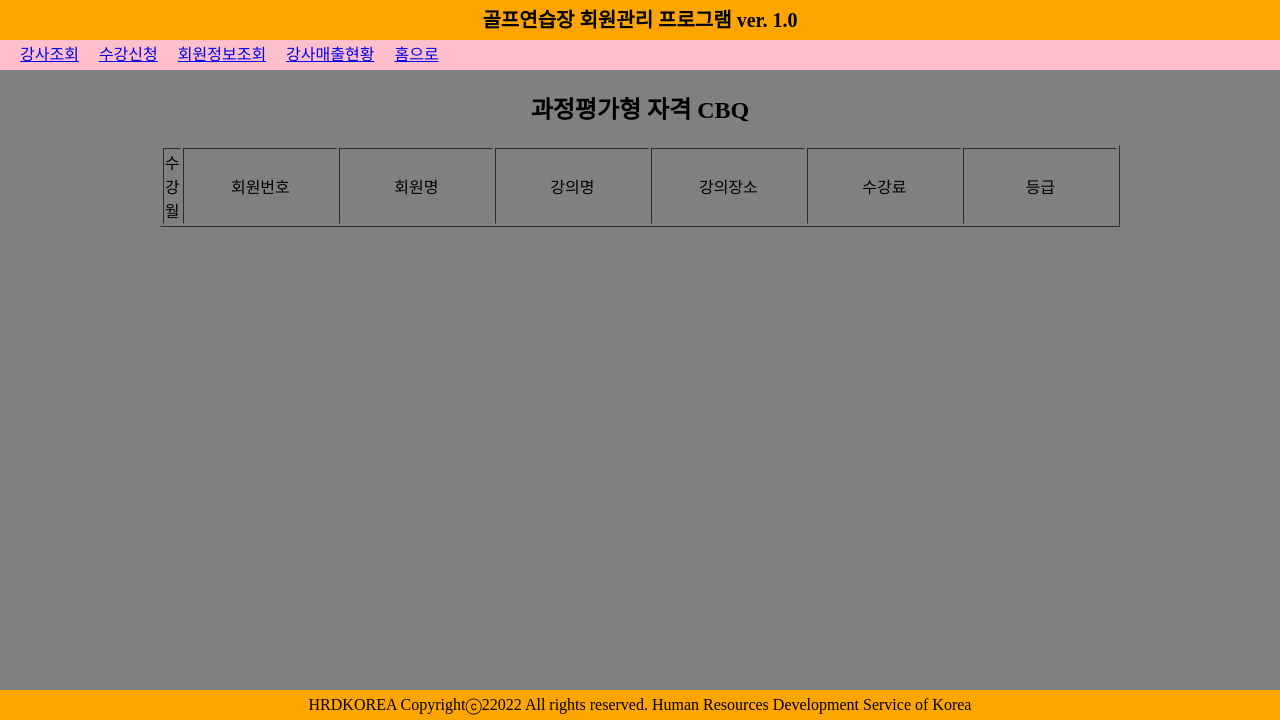
Repository: leesuyeon116/HRD_3
Page: http://localhost/HRD_0505/mlist.jsp
The author's editor kept a copy of each file at every save. The page is drawn from the files as they stood at one save, then again after the next save.
The browser window is 1280 px wide. The pictures show the whole page.
The page is served by Tomcat 9.

Above is the page before, as saved 2024-05-05 13:00:18.

### workspace/HRD_0505/src/main/webapp/mlist.jsp
<%@ include file="db.jsp" %>
<%@ page language="java" contentType="text/html; charset=UTF-8"
    pageEncoding="UTF-8"%>
<!DOCTYPE html>
<html>
<head>
<meta charset="UTF-8">
<title>mlist</title>
</head>
<body>
<jsp:include page="header.jsp"></jsp:include>
<section style="position: fixed; top: 70px; left: 0px; width: 100%; height: 100%; background-color: gray">
<h2 style="text-align: center">과정평가형 자격 CBQ</h2>
	<form style="display: flex; align-items: center; justify-content: center; text-align: center">
		<table border="1">
			<tr>
				<td style="width: 10px">수강월</td>
				<td style="width: 150px">회원번호</td>
				<td style="width: 150px">회원명</td>
				<td style="width: 150px">강의명</td>
				<td style="width: 150px">강의장소</td>
				<td style="width: 150px">수강료</td>
				<td style="width: 150px">등급</td>
			</tr>

			<%
			request.setCharacterEncoding("UTF-8");

			try{
				String sql = "select regist_month, c_no, c_name, class_name, class_area, tuition, grade " +
							 "from tbl_teacher_202201 te, tbl_member_202201 me, tbl_class_202201 cl " +
							 "where te.";

			}

			catch(Exception e){
				e.printStackTrace();
			}
			%>
		</table>
	</form>
</section>
<jsp:include page="footer.jsp"></jsp:include>
</body>
</html>

### workspace/HRD_0505/src/main/webapp/db.jsp
<%@page import="java.sql.*"%>
<%@ page language="java" contentType="text/html; charset=UTF-8"
    pageEncoding="UTF-8"%>

<%
Class.forName("oracle.jdbc.OracleDriver");
Connection con = DriverManager.getConnection
("jdbc:oracle:thin:@//localhost:1521/xe", "system", "1234");
%>

### workspace/HRD_0505/src/main/webapp/header.jsp
<%@ page language="java" contentType="text/html; charset=UTF-8"
    pageEncoding="UTF-8"%>
<!DOCTYPE html>
<html>
<head>
<meta charset="UTF-8">
<title>header</title>
</head>
<body>
<header style="position: fixed; top: 0px; left: 0px; width: 100%; height: 40px; line-height: 40px; background-color: orange;
	text-align: center; font-size: 20px">
<b>골프연습장 회원관리 프로그램 ver. 1.0</b>
</header>

<nav style="position: fixed; top: 40px; left: 0px; width: 100%; height: 30px; line-height: 30px; background-color: pink;
	padding-left: 20px">
	<a href="tlist.jsp">강사조회</a> &nbsp; &nbsp;
	<a href="insert.jsp">수강신청</a> &nbsp; &nbsp;
	<a href="mlist.jsp">회원정보조회</a> &nbsp; &nbsp;
	<a href="salary.jsp">강사매출현황</a> &nbsp; &nbsp;
	<a href="index.jsp">홈으로</a> &nbsp; &nbsp;
</nav>
</body>
</html>

### workspace/HRD_0505/src/main/webapp/footer.jsp
<%@ page language="java" contentType="text/html; charset=UTF-8"
    pageEncoding="UTF-8"%>
<!DOCTYPE html>
<html>
<head>
<meta charset="UTF-8">
<title>footer</title>
</head>
<body>
<footer style="position: fixed; bottom: 0px; left: 0px; width: 100%; height: 30px; line-height: 30px; background-color: orange;
	text-align: center">
	HRDKOREA Copyrightⓒ22022 All rights reserved. Human Resources Development Service of Korea
</footer>
</body>
</html>

After the next save:
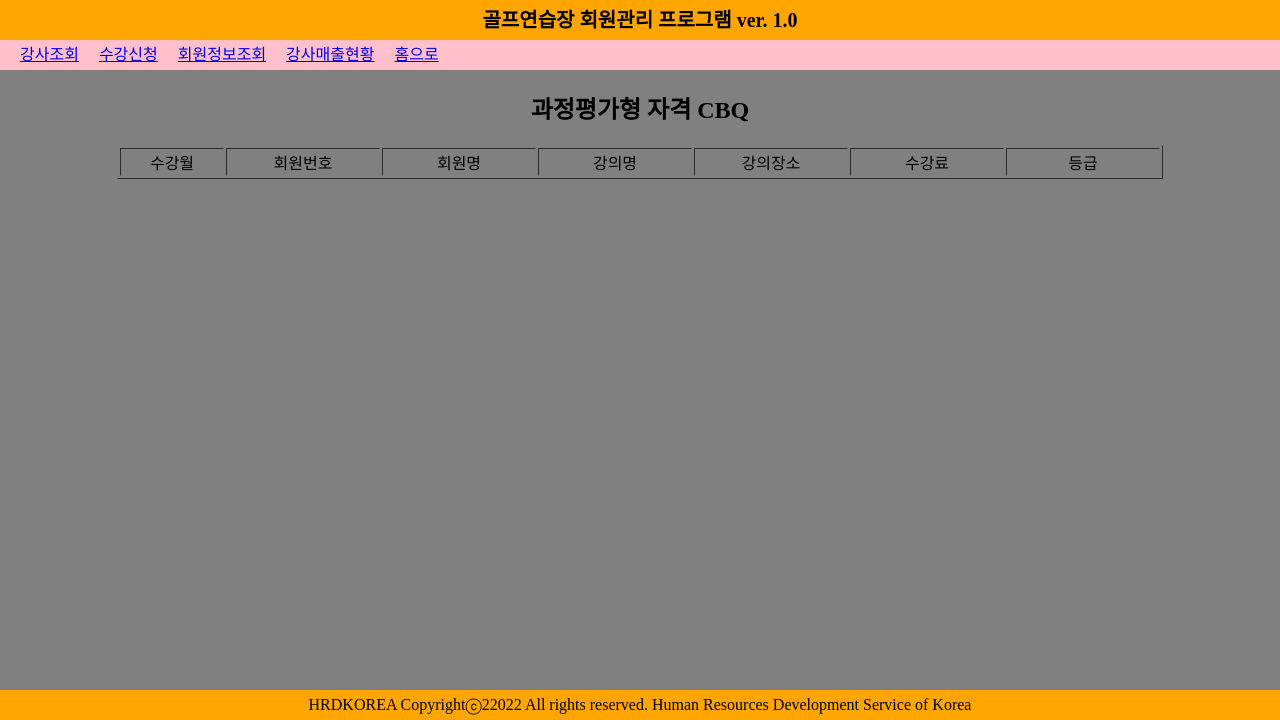
Saved 8 s later.
--- a/workspace/HRD_0505/src/main/webapp/mlist.jsp
+++ b/workspace/HRD_0505/src/main/webapp/mlist.jsp
@@ -14,7 +14,7 @@
 	<form style="display: flex; align-items: center; justify-content: center; text-align: center">
 		<table border="1">
 			<tr>
-				<td style="width: 10px">수강월</td>
+				<td style="width: 100px">수강월</td>
 				<td style="width: 150px">회원번호</td>
 				<td style="width: 150px">회원명</td>
 				<td style="width: 150px">강의명</td>
